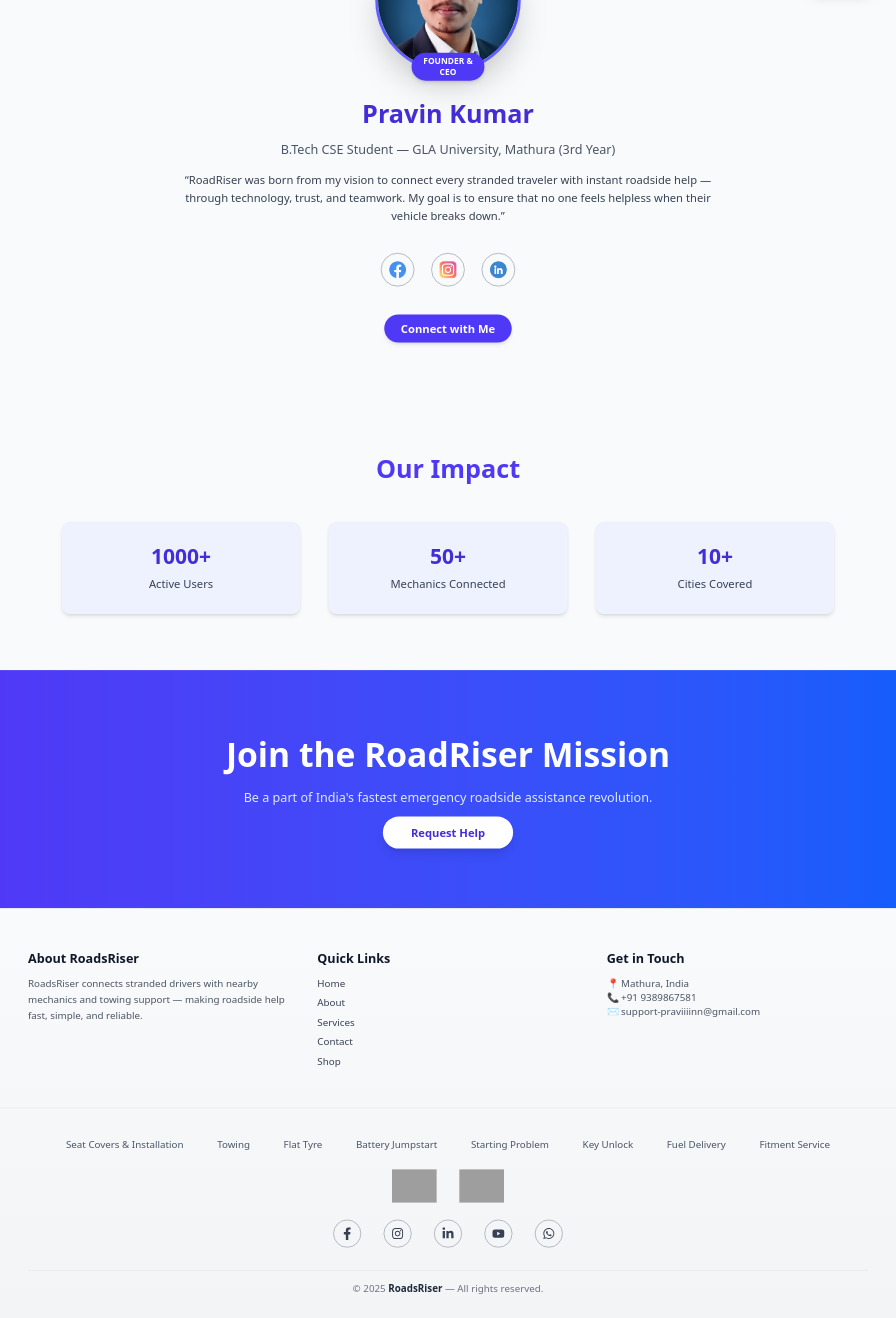
Repository: pravin-8859/ROADSRISER-APP
Page: /about (app in frontend/)
These files come from the project's save history. The page is drawn as it stood at one moment and after the next save; the edit follows.
The browser window is 1280 px wide. The pictures show the part of the page from y = 706 to 2626 px (the page is 2589 px tall before and 2663 px after), at 70% of full size.
Pictures or frames that could not be fetched are drawn as grey boxes. The project was rebuilt for these pictures with package versions that can differ from the ones it lists, and the page was loaded fresh each time. Also part of the build but not shown: frontend/vite.config.js, frontend/src/components/MainSection.jsx, frontend/src/pages/Home.jsx, frontend/src/pages/MechanicSearch.jsx, frontend/src/pages/RequestHelp.jsx, frontend/src/pages/Shop.jsx, frontend/src/pages/Services.jsx, frontend/src/pages/Contact.jsx and 18 more.

Above is the page before, as saved 2025-11-19 01:29:27.

After the next save:
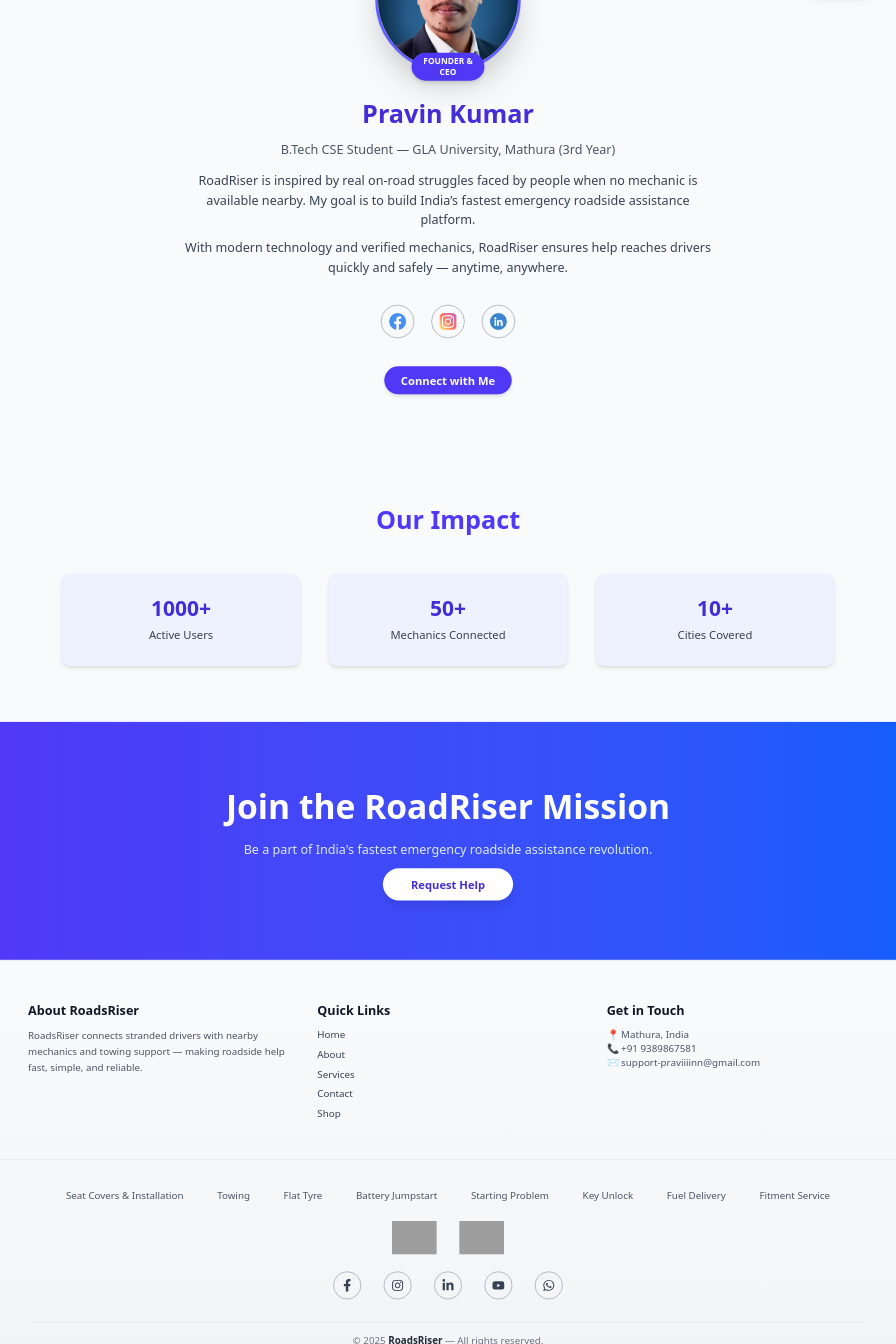
Saved 62 s later.
--- a/frontend/src/pages/About.jsx
+++ b/frontend/src/pages/About.jsx
@@ -58,10 +58,15 @@
     <p className="text-gray-600 dark:text-gray-400 text-lg">
       B.Tech CSE Student — GLA University, Mathura (3rd Year)
     </p>
-    <p className="text-gray-700 dark:text-gray-300 leading-relaxed">
-      “RoadRiser was born from my vision to connect every stranded traveler with instant roadside help —
-      through technology, trust, and teamwork. My goal is to ensure that no one feels helpless when their vehicle breaks down.”
-    </p>
+    <p className="text-lg text-gray-700 dark:text-gray-300 mb-3">
+            RoadRiser is inspired by real on-road struggles faced by people when no mechanic
+            is available nearby. My goal is to build India’s fastest emergency roadside assistance platform.
+          </p>
+
+          <p className="text-lg text-gray-700 dark:text-gray-300">
+            With modern technology and verified mechanics, RoadRiser ensures help reaches drivers
+            quickly and safely — anytime, anywhere.
+          </p>
 
 {/* 🌐 Social Icons */}
 <div className="flex justify-center gap-6 pt-6">
